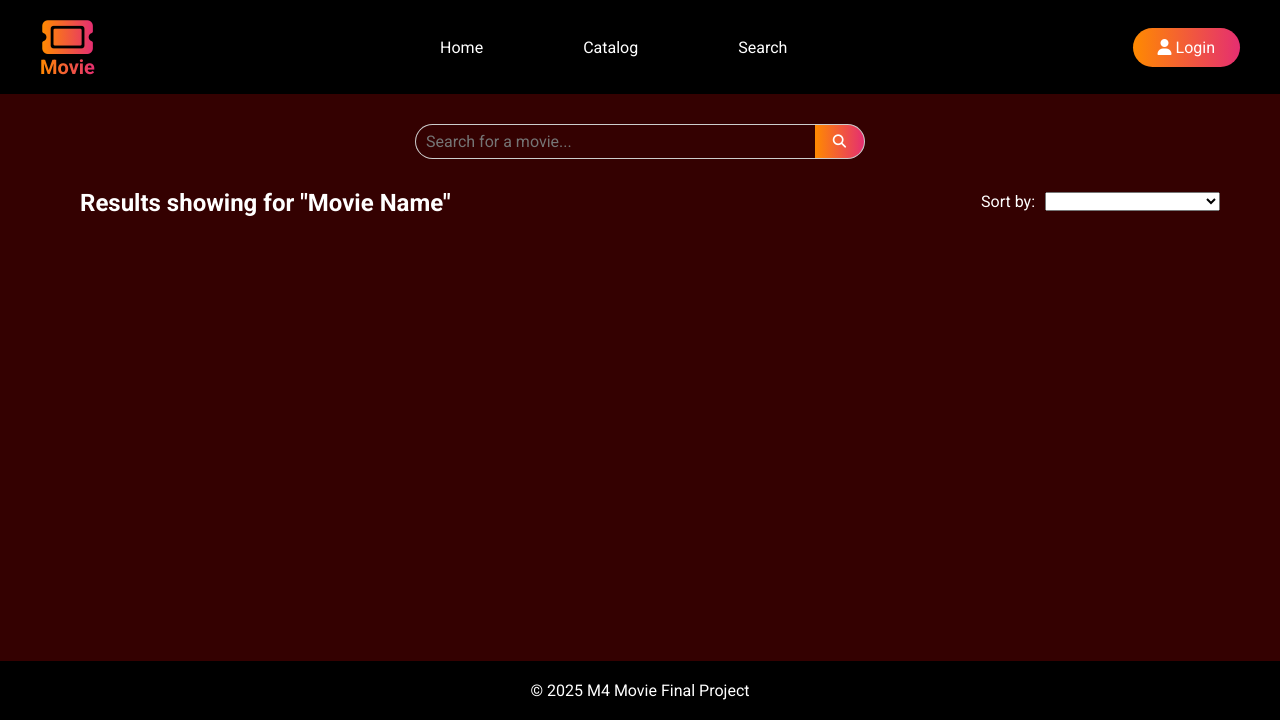
Repository: avivanguyen/m4_movie-FinalProject
Page: index.html
These files come from the project's save history. The page is drawn as it stood at one moment and after a run of saves; the edit follows.
The browser window is 1280 px wide. The pictures show the whole page.
Some web libraries are served in a nearby version.

Above is the page before, as saved 2025-12-30 08:33:15.

### index.html
<!DOCTYPE html>
<html lang="en">
<head>
    <meta charset="UTF-8">
    <meta name="viewport" content="width=device-width, initial-scale=1.0">
    <title>M4 Movie Final Project</title>
    <link rel="stylesheet" href="styles.css">
    <script src="script.js" defer></script>
    <script src="https://kit.fontawesome.com/2588cf0bac.js" crossorigin="anonymous"></script>
</head>
<body>
    <nav>
        <div class="logo">
            <i class="fa-solid fa-ticket logo__ticket"></i>
            <h1 class="logo__title">Movie</h1>
        </div>
        <ul class="nav-links">
            <li><a href="#">Home</a></li>
            <li><a href="#">Catalog</a></li>
            <li><a href="#">Search</a></li>
        </ul>
        <div class="login">
            <button>
                <a href="#">
                    <i class="fa-solid fa-user login__icon"></i>
                    <span class="login__text">Login</span>
                </a>
            </button>
        </div>
    </nav>
    <main>
        <section class="search-section">
            <input type="text" id="search-input" placeholder="Search for a movie..." onchange="onSearchMovie(event)">
            <button id="search-button"><i class="fa-solid fa-magnifying-glass"></i></button>
        </section>
        <section class="results__section">
            <div id="results__container">
                <div class="breadcrumb">
                    <h2>Results showing for "<span id="search-term">Movie Name</span>"</h2>
                </div>
                <div class="sort">
                    <label for="sort-select">Sort by:</label>
                    <select id="sort-select" onchange="onSortChange(event)">
                        <option value="title-default">   </option>
                        <option value="title-ascending">Movie Title (A-Z)</option>
                        <option value="title-descending">Movie Title (Z-A)</option>
                        <option value="year-descending">Movie Year (Newest First)</option>
                        <option value="year-ascending">Movie Year (Oldest First)</option>
                    </select>
                </div>
                <div class="loading hidden">
                    <i class="fa fa-spinner fa-spin"></i>
                </div>
                <div class="movie">
                    <div class="movie-card hidden">
                        <div class="movie-card__container" onclick="toggleModal()">
                            <div class="movie__poster">
                                <img src="./assets/movie_poster-placeholder.png" alt="">
                            </div>
                            <div class="movie__title">Movie Title</div>
                            <div class="movie__year">20XX</div>
                        </div>
                    </div>
                    <!-- <div class="movie-card">
                        <div class="movie-card__container" onclick="toggleModal()">
                            <div class="movie__poster">
                                <img src="./assets/movie_poster-placeholder.png" alt="">
                            </div>
                            <div class="movie__title">Movie Title</div>
                            <div class="movie__year">20XX</div>
                        </div>
                    </div>
                    <div class="movie-card">
                        <div class="movie-card__container" onclick="toggleModal()">
                            <div class="movie__poster">
                                <img src="./assets/movie_poster-placeholder.png" alt="">
                            </div>
                            <div class="movie__title">Movie Title</div>
                            <div class="movie__year">20XX</div>
                        </div>
                    </div>
                    <div class="movie-card">
                        <div class="movie-card__container" onclick="toggleModal()">
                            <div class="movie__poster">
                                <img src="./assets/movie_poster-placeholder.png" alt="">
                            </div>
                            <div class="movie__title">Movie Title</div>
                            <div class="movie__year">20XX</div>
                        </div>
                    </div>
                    <div class="movie-card">
                        <div class="movie-card__container" onclick="toggleModal()">
                            <div class="movie__poster">
                                <img src="./assets/movie_poster-placeholder.png" alt="">
                            </div>
                            <div class="movie__title">Movie Title</div>
                            <div class="movie__year">20XX</div>
                        </div>
                    </div>
                    <div class="movie-card">
                        <div class="movie-card__container" onclick="toggleModal()">
                            <div class="movie__poster">
                                <img src="./assets/movie_poster-placeholder.png" alt="">
                            </div>
                            <div class="movie__title">Movie Title</div>
                            <div class="movie__year">20XX</div>
                        </div>
                    </div> -->
                </div>
            </div>
        </section>
        <div class="modal">
            <div class="modal__half modal__poster">
                <figure>
                    <img src="./assets/movie_poster-placeholder.png" alt="">
                </figure>
            </div>
            <div class="modal__half modal__description">
                <h2 class="modal__title">Movie Title</h2>
                <p class="modal__year">20XX</p>
                <p class="modal__plot">Lorem ipsum dolor sit amet, consectetur adipiscing elit. Sed do eiusmod tempor incididunt ut labore et dolore magna aliqua.</p>
                <ul class="modal__details">
                    <li><strong>Director:</strong> Director Name</li>
                    <li><strong>Actors:</strong> Actor 1, Actor 2, Actor 3</li>
                    <li><strong>Runtime:</strong> XX min</li>
                </ul>
                <button class="watch">Watch Now</button>
            </div>
            <button class="close-button" onclick="toggleModal()">Close</button>
        </div>
    </main>
    <footer>
        <p>&copy; 2025 M4 Movie Final Project</p>
    </footer>
</body>
</html>

### styles.css
@import url('https://fonts.googleapis.com/css2?family=Roboto:ital,wght@0,100..900;1,100..900&display=swap');

* {
    margin: 0;
    padding: 0;
    box-sizing: border-box;
    font-family: 'Roboto', sans-serif;
}

body {
    background-color: #340101;
    min-height: 100vh;
    display: flex;
    flex-direction: column; /*ensures footer stays at bottom*/
}

a {
    text-decoration: none;
}

li {
    list-style: none;
}

.hidden {
    display: none !important;
}

/*
NAVIGATION STYLES
*/
nav {
    display: flex;
    justify-content: space-between;
    align-items: center;
    flex-direction: row;
    background-color: black;
    width: 100%;
    padding: 15px 40px;
}

.logo {
    display: flex;
    align-items: center;
    flex-direction: column;
}

.logo__ticket,
.logo__title {
    background: linear-gradient(90deg, #ff8a00, #e52e71);
    background-clip: text;
    -webkit-background-clip: text;
    -webkit-text-fill-color: transparent;
}

.logo__ticket {
    font-size: 45px;
    margin-bottom: -5px;
}

.logo__title {
    font-size: 20px;
}

.nav-links {
    display: flex;
    flex-direction: row;
    gap: 100px;
}

.nav-links a {
    color: white;
    font-size: 16px;
    transition: color 300ms ease;
}

.nav-links a:hover,
.close-button:hover {
    color: #ff8a00;
}

.login button,
.modal button.watch {
    background: linear-gradient(90deg, #ff8a00, #e52e71);
    border: none;
    padding: 10px 25px;
    border-radius: 50px;
    color: white;
    font-size: 16px;
    cursor: pointer;
    transition: transform 300ms ease;
}
.login button:hover,
.modal button.watch:hover {
    transform: scale(1.1);
}

.login a {
    color: white;
}


/*
SEARCH STYLES
*/
.search-section {
    display: flex;
    justify-content: center;
    align-items: center;
    margin: 30px 0;
}

#search-input {
    width: 400px;
    height: 35px;
    padding: 0 10px;
    font-size: 16px;
    border: 1.5px solid #ccc;
    border-right: none;
    border-radius: 50px 0 0 50px;
    outline: none;
    background-color: transparent;
    color: white;
}

#search-button {
    height: 35px;
    width: 50px;
    outline: none;
    border-radius: 0 50px 50px 0;
    border: 1.5px solid #ccc;
    border-left: none;
    cursor: pointer;
    background: linear-gradient(90deg, #ff8a00, #e52e71);
    transition: all 300ms ease;
    position: relative;
}
#search-button:hover {
    background: transparent;
    border: 2px solid transparent;
    background-image: linear-gradient(#340101, #340101), linear-gradient(90deg, #ff8a00, #e52e71);
    background-origin: border-box;
    background-clip: padding-box, border-box;
}

.search-section #search-button i {
    color: white;
}

/*
LOADING STYLES
*/
.loading {
    justify-content: center;
    align-items: center;
    margin-top: 20px;
    opacity: 1;
    transition: opacity 500ms ease-in-out;
}

.loading:not(.hidden) {
    display: flex;
}

.loading.hidden {
    opacity: 0;
    transition: opacity 500ms ease-in-out 1000ms;
}

.fa-spinner {
    font-size: 35px;
    color: white;
}

/*
RESULTS STYLES
*/
.breadcrumb {
    color: white;
    margin-left: 20px;
    margin-bottom: 40px;
}

.sort label {
    color: white;
    margin-right: 10px;
}

.sort {
    display: flex;
    justify-content: flex-end;
    align-items: center;
    margin-top: -65px;
}

.results__section {
    margin: 0 60px;
}

.movie {
    width: 100%;
    height: auto;
    padding: 0 80px;
    margin-top: 20px;
    display: flex;
    flex-direction: row;
    flex-wrap: wrap;
    justify-content: center;
}

.movie-card {
    cursor: pointer;
    margin: 15px;
    width: 200px; /*makes sure all cards are same size and that the text doesn't overflow*/
    display: flex;
    flex-direction: row;
    flex-wrap: wrap;
    justify-content: center;
    transition: transform 300ms ease;
}
.movie-card:hover {
    transform: scale(1.05);
    background-color: #4d0d0d;
    border-radius: 8px;
    box-shadow: 0 6px 12px #4d0d0d;
}

.movie-card__container {
    padding: 4px 18px;
}

.movie__poster img {
    width: 200px;
    height: 300px;
    box-shadow: 0 4px 8px rgba(0, 0, 0, 0.2);
}

.movie__title,
.movie__year {
    color: white;
    text-align: center;
    margin-top: 2px;
}

/*
MODAL STYLES
*/
.modal {
    display: flex;
    position: fixed;
    top: 50%;
    left: 50%;
    transform: translate(-50%, -50%);
    width: 90%;
    max-width: 1100px;
    background-color: #4b3434;
    box-shadow: 0 6px 12px #4d0d0d;
    visibility: hidden;
    transition: visibility 400ms, z-index 300ms ease;
}

.modal--open .modal {
    display: flex;
    z-index: 50;
    box-shadow: 0 6px 12px #4d0d0d;
    visibility: visible;
}

.modal__half {
    display: flex;
    flex-direction: column;
    justify-content: center;
    position: relative;
}

.modal__poster img {
    width: 100%;
}

.modal__description {
    padding: 80px;
    color: white;
    line-height: 2.5;
}

.watch {
    margin-top: auto;
    width: 50%;
    display: flex;
    justify-content: center;
    align-items: center;
    margin-left: 100px;
}

.close-button {
    position: absolute;
    top: 15px;
    right: 30px;
    font-size: 20px;
    color: white;
    cursor: pointer;
    background-color: transparent;
    border: none;
}

/*
FOOTER STYLES
*/
footer {
    text-align: center;
    padding: 20px 0;
    background-color: black;
    color: white;
    margin-top: auto;
}


/*
RESPONSIVE STYLES
*/
@media (max-width: 768px) {
    .nav-links {
            gap: 75px;
        }

    #search-input {
        width: 300px;
    }

    .movie-card {
        margin: 15px;
    }

    .modal__description {
        padding: 40px;
        line-height: 2;
    }

    .modal__details {
        margin-bottom: 15px;
    }

    .close-button {
        font-size: 18px;
    }
}

@media (max-width: 480px) {
    nav {
        padding: 8px 20px;
    }
    .nav-links {
        gap: 50px;
    }

    .login__text {
        display: none;
    }
    .login button {
        padding: 10px;
    }

    .breadcrumb {
        margin-bottom: 8px;
    }

    .sort {
        margin-top: 0px;
        margin-left: 20px;
        display: flex;
        flex-direction: column;
        align-items: flex-start;
    }

    .movie-card {
        margin: 8px;
    }
    .movie__poster img {
        width: 150px;
        height: auto;
    }
    .movie__title, .movie__year {
        font-size: 20px;
    }

    .results__section {
        margin: 0 20px;
    }
    .movie {
        padding: 0;
    }

    .modal {
        flex-direction: column;
    }
    .modal__description {
        padding: 18px;
        line-height: 1.8;
    }
    .modal__poster {
        display: flex;
        justify-content: center;
        align-items: center;
        text-align: center;
    }
    .modal__poster img {
        width: 50%;
    }
}

### script.js
//API key: 5aa2e87d
//base URL: https://www.omdbapi.com/?apikey=5aa2e87d&s=MOVIE_NAME_HERE

//Modal functionality
let isModalOpen = false;

function toggleModal() {
  if (isModalOpen) {
    isModalOpen = !isModalOpen;
    return document.body.classList.remove("modal--open");
  }
  isModalOpen = true;
  document.body.classList += " modal--open";
}

//Search functionality
async function onSearchMovie(event) {
  const searchMovie = event.target.value;

  if (!searchMovie) return;

  //breadcrumb
  document.getElementById("search-term").textContent = searchMovie;

  const movieContainer = document.querySelector(".movie");
  const loadingSpinner = document.querySelector(".loading");
  const sortSelect = document.getElementById("sort-select");

  sortSelect.value = "title-default";

  loadingSpinner.classList.remove("hidden");

  // Fetch movies from API
  const response = await fetch(
    `https://www.omdbapi.com/?apikey=5aa2e87d&s=${searchMovie}`
  );
  const data = await response.json();

  loadingSpinner.classList.add("hidden");

  if (data.Response === "True") {
    // Store original order from API
    originalMovieOrder = data.Search.slice(0, 6);

    movieContainer.innerHTML = originalMovieOrder
      .map((movie) => movieCardHtml(movie))
      .join("");
  } else {
    movieContainer.innerHTML = `<div class="breadcrumb">
            <h2>Results showing for "<span id="search-term">${searchMovie}</span>"</h2>
        </div>`;
  }
}

//Movie card results
function movieCardHtml(movie) {
  return `
    <div class="movie-card">
        <div class="movie-card__container" onclick="toggleModal()">
            <div class="movie__poster">
                <img src="${
                  movie.Poster !== "N/A"
                    ? movie.Poster
                    : "./assets/movie_poster-placeholder.png"
                }" alt="">
            </div>
            <div class="movie__title">${movie.Title}</div>
            <div class="movie__year">${movie.Year}</div>
        </div>
    </div>`;
}

//Movie filter functionality
let originalMovieOrder = [];

function onSortChange(event) {
  const movieContainer = document.querySelector(".movie");
  const sortValue = event.target.value;

  if (sortValue === "title-default") {
    movieContainer.innerHTML = originalMovieOrder
      .map((movie) => movieCardHtml(movie))
      .join("");

  } else { //alphabetically filter movies
    const movies = Array.from(movieContainer.children);
    movies.sort((a, b) => {
      const titleA = a.querySelector(".movie__title").textContent.toUpperCase();
      const titleB = b.querySelector(".movie__title").textContent.toUpperCase();

      if (sortValue === "title-ascending") {
        return titleA < titleB ? -1 : titleA > titleB ? 1 : 0;
      } else if (sortValue === "title-descending") {
        return titleA > titleB ? -1 : titleA < titleB ? 1 : 0;
      }
      return 0;
    });

    movieContainer.innerHTML = "";
    movies.forEach((movie) => movieContainer.appendChild(movie));
  }
}

// //Movie modal results
// async function movieModalHtml(imdbID) {
//   toggleModal();
//   const response = await fetch(
//     `https://www.omdbapi.com/?apikey=5aa2e87d&i=${imdbID}`
//   );
//   const movie = await response.json();

//   document.querySelector(".modal__poster img").src =
//     movie.Poster !== "N/A"
//       ? movie.Poster
//       : "./assets/movie_poster-placeholder.png";
//   document.querySelector(".modal__title").textContent = movie.Title;
//   document.querySelector(".modal__year").textContent = movie.Year;
// }
// function movieModalHtml(movie) {
//   return `
//     <div class="modal">
//             <div class="modal__half modal__poster">
//                 <figure>
//                     <img src="${
//                       movie.Poster !== "N/A"
//                         ? movie.Poster
//                         : "./assets/movie_poster-placeholder.png"
//                     }" alt="">
//                 </figure>
//             </div>
//             <div class="modal__half modal__description">
//                 <h2 class="modal__title">${movie.Title}</h2>
//                 <p class="modal__year">${movie.Year}</p>
//                 <p class="modal__plot">Lorem ipsum dolor sit amet, consectetur adipiscing elit. Sed do eiusmod tempor incididunt ut labore et dolore magna aliqua.</p>
//                 <ul class="modal__details">
//                     <li><strong>Director:</strong> Director Name</li>
//                     <li><strong>Actors:</strong> Actor 1, Actor 2, Actor 3</li>
//                     <li><strong>Runtime:</strong> XX min</li>
//                 </ul>
//                 <button class="watch">Watch Now</button>
//             </div>
//             <button class="close-button" onclick="toggleModal()">Close</button>
//         </div>`;
// }

After the next 3 saves:
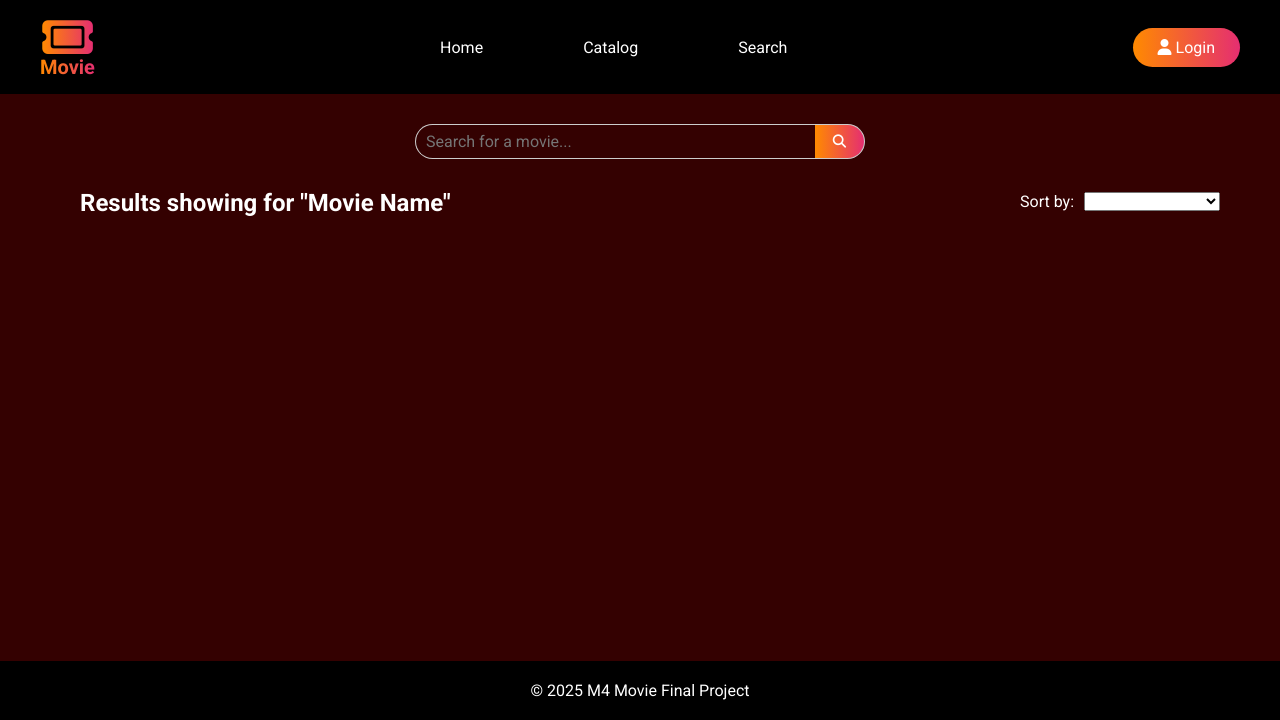
The 3 saves are shown as one change because they came seconds apart.
The last was saved 8 s later.
--- a/index.html
+++ b/index.html
@@ -44,8 +44,8 @@
                         <option value="title-default">   </option>
                         <option value="title-ascending">Movie Title (A-Z)</option>
                         <option value="title-descending">Movie Title (Z-A)</option>
-                        <option value="year-descending">Movie Year (Newest First)</option>
-                        <option value="year-ascending">Movie Year (Oldest First)</option>
+                        <option value="year-descending">Year (Newest First)</option>
+                        <option value="year-ascending">Year (Oldest First)</option>
                     </select>
                 </div>
                 <div class="loading hidden">
